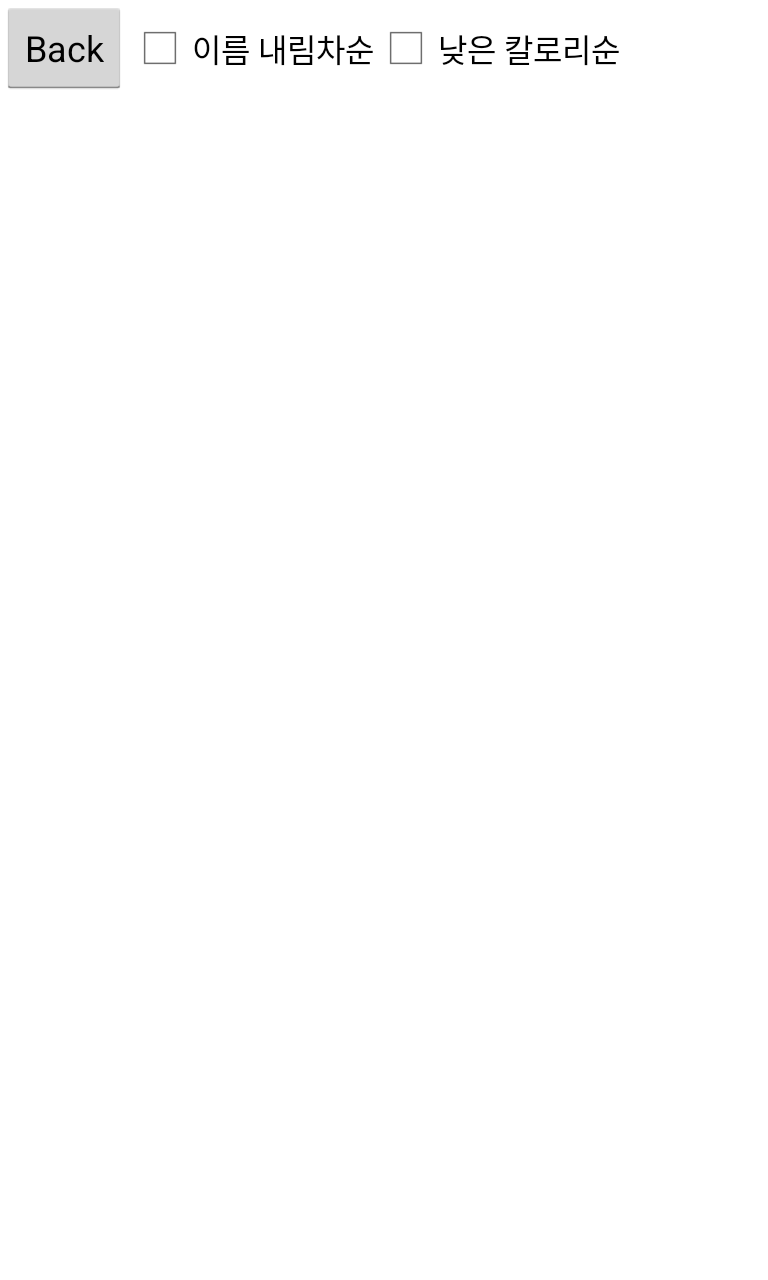
Repository: OnionLord/BurgerWIKI
Layout: burgerDicApp/BurgerDictionary/res/layout/burgerlist.xml
An editor plug-in stored every save of this project. The layout is shown before and after the next save, followed by the edit.
It is drawn on a 768 x 1280 px phone screen (xhdpi) without system bars, with theme AppTheme; the app's code is not run. Lists and similar views that code fills are empty.

Above is the layout before, as saved 2014-11-05 07:48:08.

After the next save:
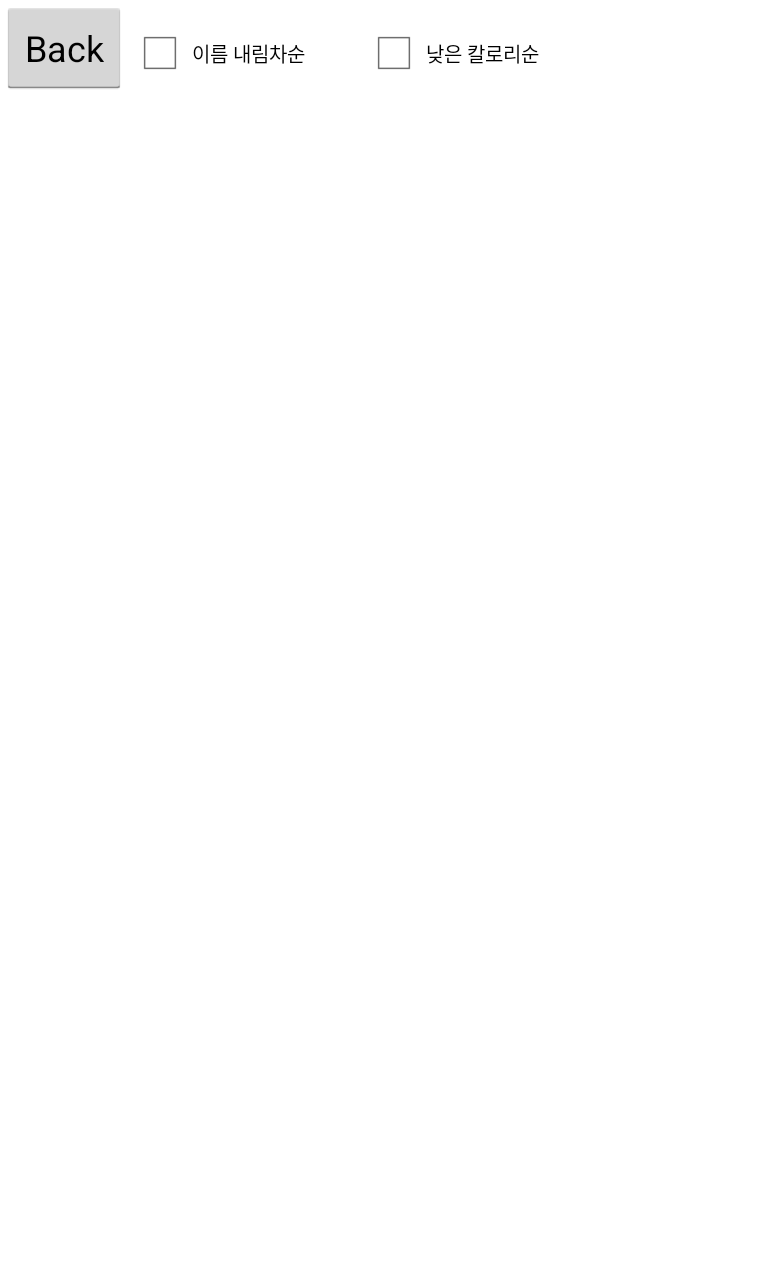
Saved 38 s later.
--- a/burgerDicApp/BurgerDictionary/res/layout/burgerlist.xml
+++ b/burgerDicApp/BurgerDictionary/res/layout/burgerlist.xml
@@ -16,15 +16,17 @@
 
         <CheckBox
             android:id="@+id/list_chk1"
-            android:layout_width="wrap_content"
+            android:layout_width="117dp"
             android:layout_height="wrap_content"
-            android:text="이름 내림차순" />
+            android:text="이름 내림차순"
+            android:textSize="10sp" />
 
         <CheckBox
             android:id="@+id/list_chk2"
-            android:layout_width="wrap_content"
+            android:layout_width="116dp"
             android:layout_height="wrap_content"
-            android:text="낮은 칼로리순" />
+            android:text="낮은 칼로리순"
+            android:textSize="10sp" />
 
     </LinearLayout>
 
